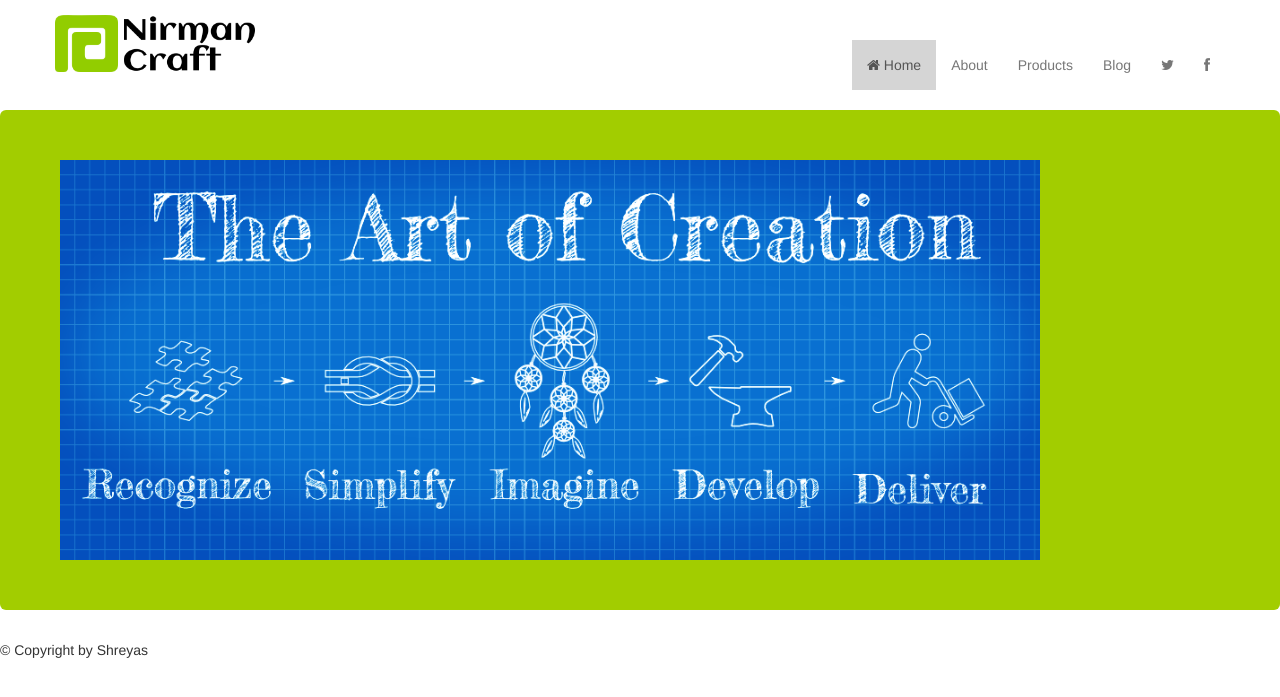
Repository: MeShreyas/NirmanCraftWebsite
Page: NirmanCraft/index.html
The author's editor kept a copy of each file at every save. The page is drawn from the files as they stood at one save, then again after the next save.
The browser window is 1280 px wide. The pictures show the whole page.

Above is the page before, as saved 2013-10-07 12:00:40.
Console error: ReferenceError: jQuery is not defined

After the next save:
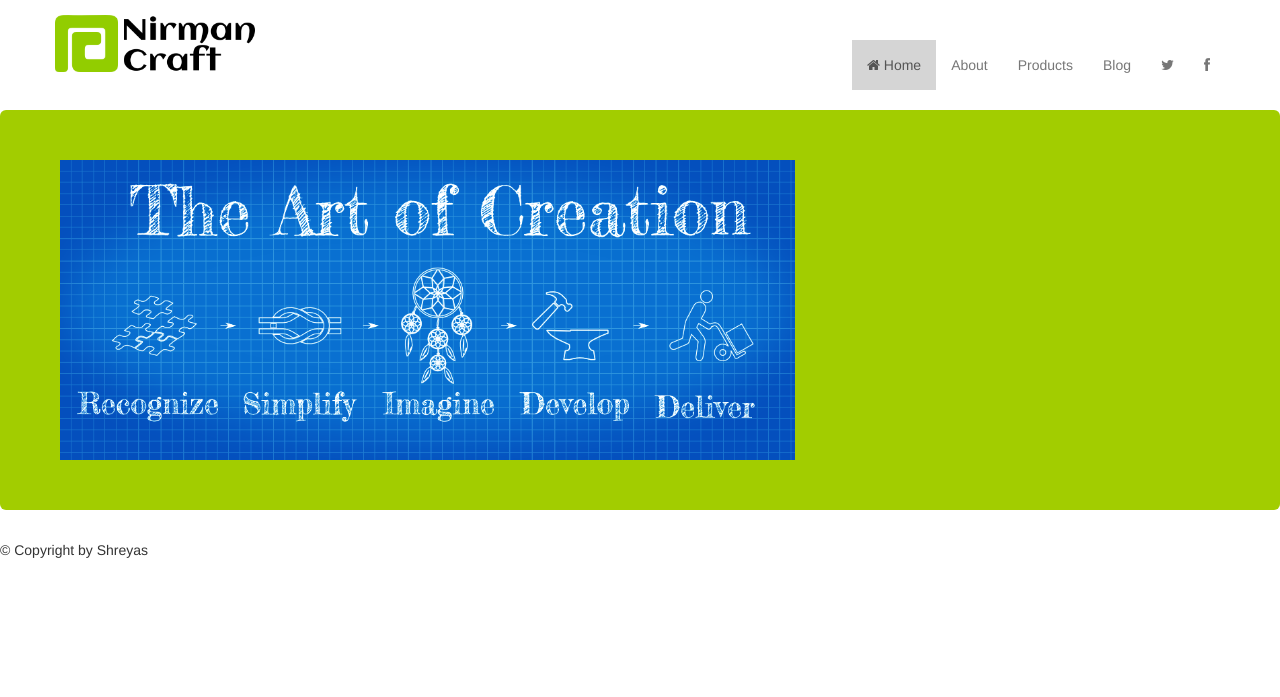
Saved 4 s later.
--- a/NirmanCraft/index.html
+++ b/NirmanCraft/index.html
@@ -54,7 +54,7 @@
 
 			<div class="jumbotron" style="background-color: #A2CD00">
 				<div class="container">
-					<img src="images/finalbanner.png" height="400px" />
+					<img src="images/finalbanner.png" height="300px" />
 				</div>
 
 			</div>
